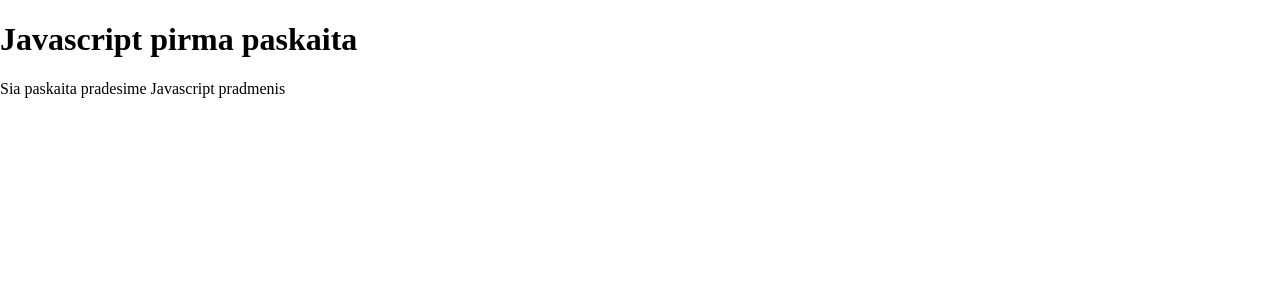
Repository: motiejus1/16-paskaita-05.31
Page: index.html
The author's editor kept a copy of each file at every save. The page is drawn from the files as they stood at one save, then again after a run of saves.
The browser window is 1280 px wide. The pictures show the whole page.

Above is the page before, as saved 2021-06-28 18:23:18.

After the next 3 saves:
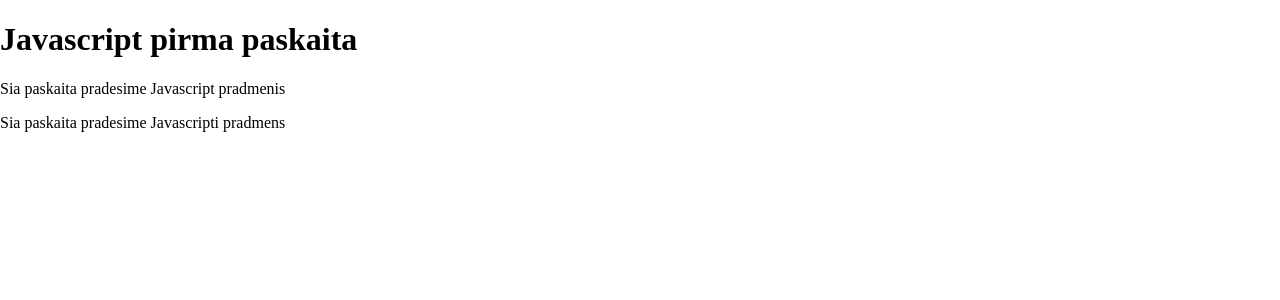
The 3 saves are shown as one change because they came seconds apart.
The last was saved 26 s later.
--- a/index.html
+++ b/index.html
@@ -16,6 +16,7 @@
 <body>
     <h1>Javascript pirma paskaita</h1>
     <p>Sia paskaita pradesime Javascript pradmenis</p>
+    <p>Sia paskaita pradesime Javascripti pradmens</p>
 
     <script>
 
